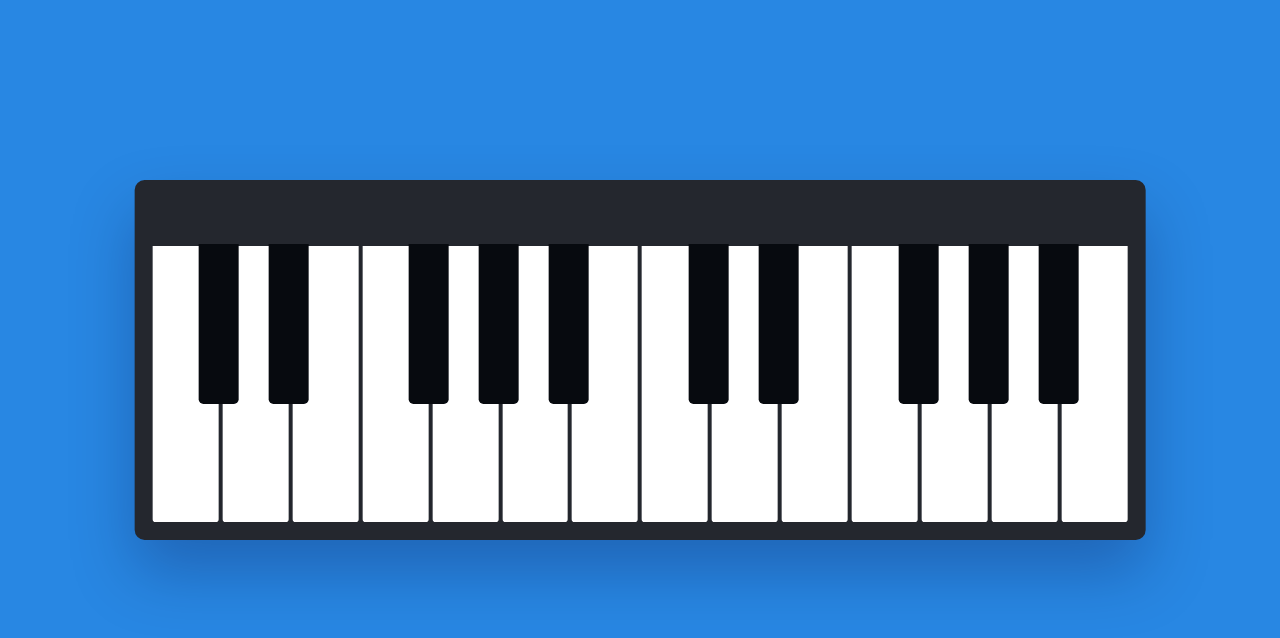
Repository: gabbyedgar/Piano
Page: index.html
These files come from the project's save history. The page is drawn as it stood at one moment and after the next save; the edit follows.
The browser window is 1280 px wide. The pictures show the whole page.

Above is the page before, as saved 2023-08-19 12:04:40.

### index.html
<!DOCTYPE html>
<html lang="en">
  <head>
    <meta name="viewport" content="width=device-width, initial-scale=1.0" />
    <title>Playable Piano</title>
    <link rel="stylesheet" href="Srcs/style.css" />
  </head>
  <body>
    <div class="piano-container"></div>
    <script src="Srcs/script.js"></script>
  </body>
</html>

### Srcs/style.css
body {
    padding: 0;
    margin: 0;
    background-color: #2887e3;
  }
  .piano-container {
    display: flex;
    position: absolute;
    transform: translate(-50%, -50%);
    left: 50%;
    top: 50%;
    padding: 4em 1em 1em 1em;
    border-radius: 0.62em;
    background-color: #24272e;
    box-shadow: 0 2em 4em rgba(7, 0, 53, 0.25);
  }
  .white-key {
    width: 4.37em;
    height: 17.5em;
    background-color: #ffffff;
    border-radius: 0 0 0.3em 0.3em;
    border: 2px solid #24272e;
    box-sizing: border-box;
    cursor: pointer;
  }
  .white-key:hover {
    background-color: #ebebeb;
  }
  .black-key {
    width: 2.5em;
    height: 10em;
    border-radius: 0 0 0.3em 0.3em;
    box-sizing: border-box;
    position: absolute;
    background-color: #070a0f;
    cursor: pointer;
  }
  .black-key:hover {
    background-color: #24272e;
  }
  .black-key:nth-child(1) {
    left: 4em;
  }
  .black-key:nth-child(2) {
    left: 8.37em;
  }
  .black-key:nth-child(3) {
    left: 17.12em;
  }
  .black-key:nth-child(4) {
    left: 21.5em;
  }
  .black-key:nth-child(5) {
    left: 25.87em;
  }
  .black-key:nth-child(6) {
    left: 34.62em;
  }
  .black-key:nth-child(7) {
    left: 39em;
  }
  .black-key:nth-child(8) {
    left: 47.75em;
  }
  .black-key:nth-child(9) {
    left: 52.12em;
  }
  .black-key:nth-child(10) {
    left: 56.5em;
  }

  @media screen and (max-width: 1000px) {
    .piano-container {
      font-size: 0.7em;
    }
  }
  @media screen and (max-width: 700px) {
    .piano-container {
      font-size: 0.5em;
    }
  }
  @media screen and (max-width: 500px) {
    .piano-container {
      font-size: 0.3em;
    }
  }

### Srcs/script.js
let pianoContainer = document.getElementsByClassName("piano-container");
const base = "./audio/";
window.onload = () => {
  //24keys
  for (let index = 1; index <= 24; index++) {
    let div = document.createElement("div");
    div.classList.add("key", index <= 10 ? "black-key" : "white-key");
    //For playing audio on click
    const number = index <= 9 ? "0" + index : index;
    div.addEventListener("click", () => {
      new Audio(`${base}key${number}.mp3`).play();
    });
    pianoContainer[0].appendChild(div);
  }
};

After the next save:
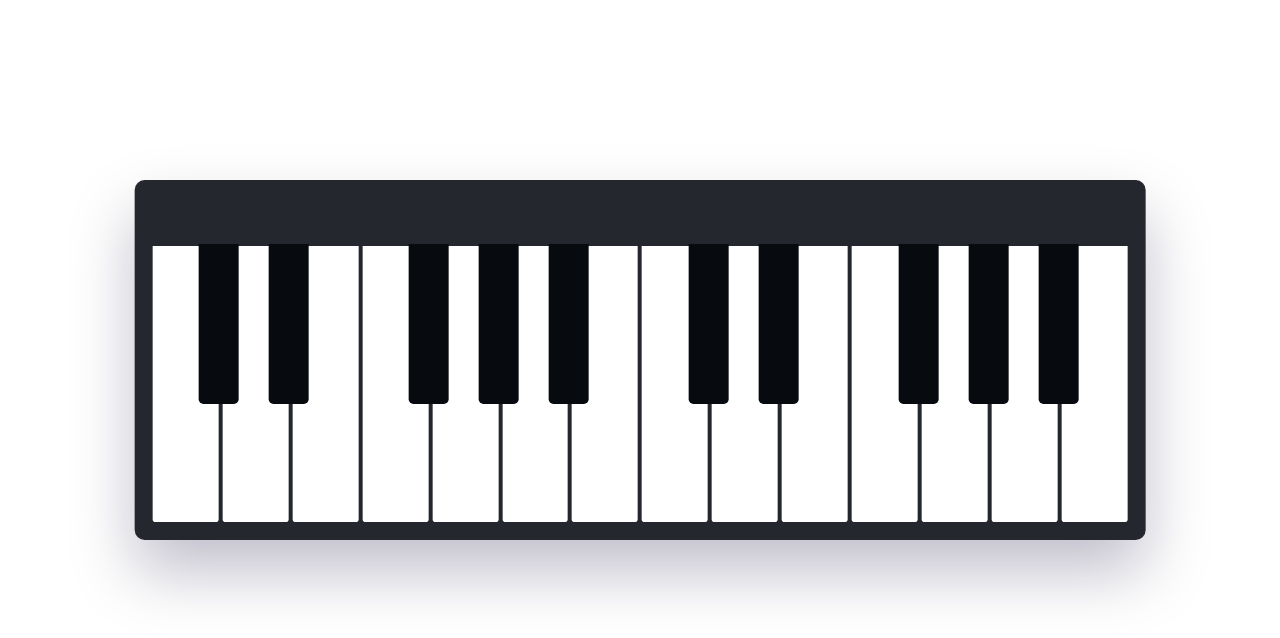
Saved 5 min 34 s later.
--- a/Srcs/style.css
+++ b/Srcs/style.css
@@ -1,7 +1,7 @@
 body {
     padding: 0;
     margin: 0;
-    background-color: #2887e3;
+    background-image:src "img/pic";
   }
   .piano-container {
     display: flex;
